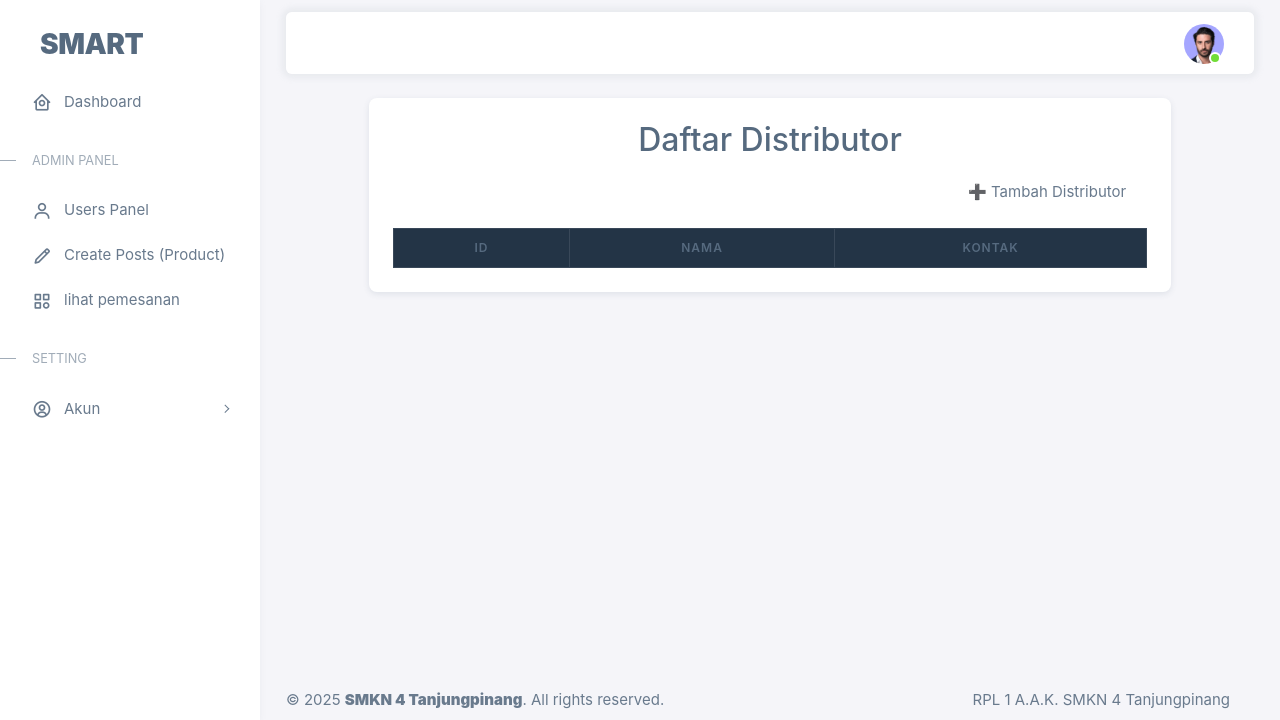
Repository: athalantis/SMart
Page: http://localhost/distributor.php
These files come from the project's save history. The page is drawn as it stood at one moment and after the next save; the edit follows.
The browser window is 1280 px wide. The pictures show the whole page.
Some web fonts or font styles are not loaded; a fallback is used. The page is run by PHP 8.4 with error messages shown; the project is at /var/www/html/. The session is filled in as if someone had signed in: {"username": "testuser", "name": "Test User", "role": "admin", "user_id": 1}. Queries for data that is not in the repository find no rows.

Above is the page before, as saved 2025-03-28 13:09:57.

After the next save:
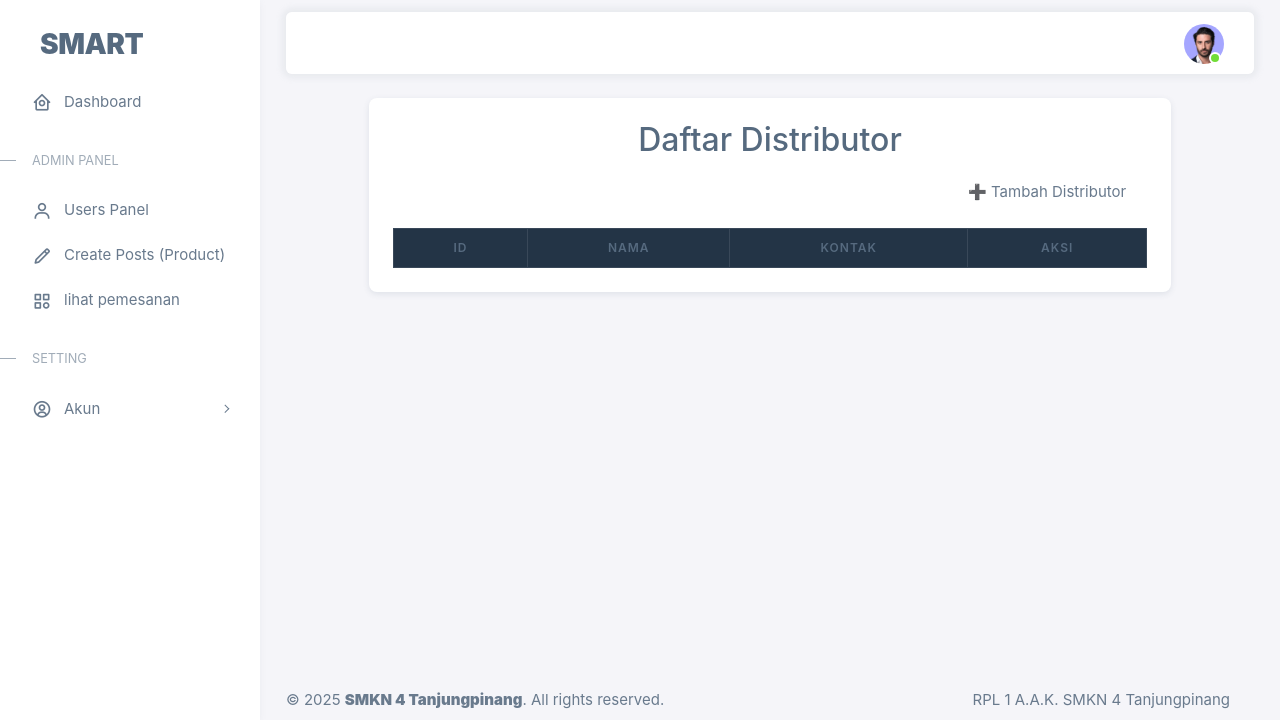
Saved 3 min 43 s later.
--- a/distributor.php
+++ b/distributor.php
@@ -3,8 +3,6 @@ include("config.php"); // Koneksi ke database
 include(".includes/header.php");
 
 $title = "Admin's Dashboard";
-
-// Notifikasi (jika ada)
 include('.includes/toast_notification.php');
 
 // Ambil data distributor dari database
@@ -18,7 +16,7 @@ $distributors = $result->fetch_all(MYSQLI_ASSOC);
             <div class="card p-4">
                 <h2 class="mb-3 text-center">Daftar Distributor</h2>
                 <div class="d-flex justify-content-end mb-3">
-                    <button onclick="openModal()" class="btn btn-soft-primary">➕ Tambah Distributor</button>
+                    <button onclick="openTambahModal()" class="btn btn-soft-primary">➕ Tambah Distributor</button>
                 </div>
 
                 <table class="table table-bordered table-striped table-hover">
@@ -27,6 +25,7 @@ $distributors = $result->fetch_all(MYSQLI_ASSOC);
                             <th>ID</th>
                             <th>Nama</th>
                             <th>Kontak</th>
+                            <th>Aksi</th>
                         </tr>
                     </thead>
                     <tbody>
@@ -35,6 +34,10 @@ $distributors = $result->fetch_all(MYSQLI_ASSOC);
                                 <td class="text-center"><?= $d['distributor_id'] ?></td>
                                 <td><?= htmlspecialchars($d['nama']) ?></td>
                                 <td class="text-center"><?= htmlspecialchars($d['kontak']) ?></td>
+                                <td class="text-center">
+                                    <button class="btn btn-warning btn-sm" onclick="openEditModal(<?= $d['distributor_id'] ?>, '<?= htmlspecialchars($d['nama']) ?>', '<?= htmlspecialchars($d['kontak']) ?>')">✏️ Edit</button>
+                                    <button class="btn btn-danger btn-sm" onclick="hapusDistributor(<?= $d['distributor_id'] ?>)">🗑️ Hapus</button>
+                                </td>
                             </tr>
                         <?php endforeach; ?>
                     </tbody>
@@ -72,34 +75,90 @@ $distributors = $result->fetch_all(MYSQLI_ASSOC);
     </div>
 </div>
 
+<!-- Modal Edit Distributor -->
+<div class="modal fade" id="modalEdit" tabindex="-1">
+    <div class="modal-dialog modal-dialog-centered">
+        <div class="modal-content">
+            <div class="modal-header">
+                <h5 class="modal-title">Edit Distributor</h5>
+                <button type="button" class="btn-close" data-bs-dismiss="modal"></button>
+            </div>
+            <div class="modal-body">
+                <form id="formEdit">
+                    <input type="hidden" name="id" id="editId">
+                    <div class="mb-3">
+                        <label class="form-label">Nama Distributor</label>
+                        <input type="text" name="nama" id="editNama" class="form-control" required>
+                    </div>
+                    <div class="mb-3">
+                        <label class="form-label">Kontak</label>
+                        <input type="text" name="kontak" id="editKontak" class="form-control">
+                    </div>
+                    <div class="text-end">
+                        <button type="button" onclick="updateDistributor()" class="btn btn-primary">Update</button>
+                        <button type="button" class="btn btn-secondary" data-bs-dismiss="modal">Batal</button>
+                    </div>
+                </form>
+            </div>
+        </div>
+    </div>
+</div>
+
 <script>
-    function openModal() {
+    function openTambahModal() {
         let modal = new bootstrap.Modal(document.getElementById("modalTambah"));
         modal.show();
     }
 
+    function openEditModal(id, nama, kontak) {
+        document.getElementById("editId").value = id;
+        document.getElementById("editNama").value = nama;
+        document.getElementById("editKontak").value = kontak;
+
+        let modal = new bootstrap.Modal(document.getElementById("modalEdit"));
+        modal.show();
+    }
+
     function tambahDistributor() {
-        let form = document.getElementById("formTambah");
-        let formData = new FormData(form);
+        let form = new FormData(document.getElementById("formTambah"));
 
-        fetch("insert_distributor.php", {
+        fetch("backend_distributor.php", {
             method: "POST",
-            body: formData
+            body: form
         })
-        .then(response => response.text())
+        .then(res => res.text())
         .then(data => {
-            console.log("Response dari server:", data);
+            if (data.trim() === "success") location.reload();
+            else alert("Error: " + data);
+        });
+    }
 
-            if (data.trim() === "success") {
-                alert("✅ Distributor berhasil ditambahkan!");
-                location.reload();
-            } else {
-                alert("❌ Error: " + data);
-            }
+    function updateDistributor() {
+        let form = new FormData(document.getElementById("formEdit"));
+        form.append("action", "update");
+
+        fetch("backend_distributor.php", {
+            method: "POST",
+            body: form
         })
-        .catch(error => {
-            console.error("Request gagal:", error);
-            alert("❌ Request gagal: " + error);
+        .then(res => res.text())
+        .then(data => {
+            if (data.trim() === "success") location.reload();
+            else alert("Error: " + data);
+        });
+    }
+
+    function hapusDistributor(id) {
+        if (!confirm("Yakin ingin menghapus?")) return;
+
+        fetch("backend_distributor.php", {
+            method: "POST",
+            body: new URLSearchParams({ action: "delete", id })
+        })
+        .then(res => res.text())
+        .then(data => {
+            if (data.trim() === "success") location.reload();
+            else alert("Error: " + data);
         });
     }
 </script>
